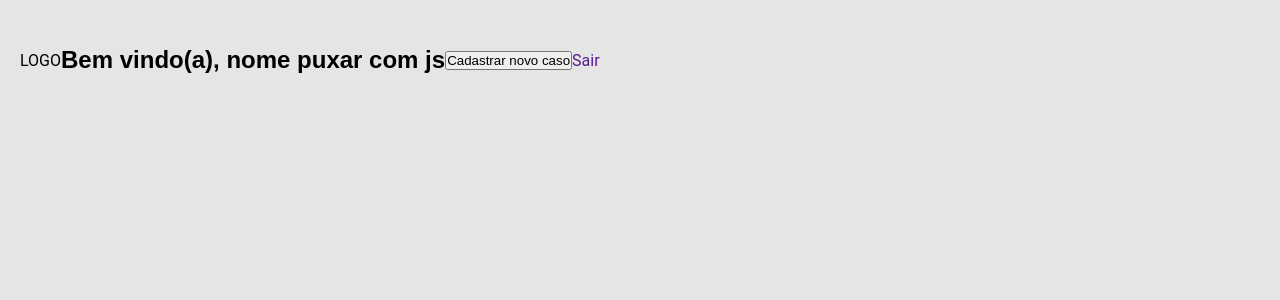
Repository: Dirlandia404/Casos
Page: src/pages/cadastroOng.html
The author's editor kept a copy of each file at every save. The page is drawn from the files as they stood at one save, then again after the next save.
The browser window is 1280 px wide. The pictures show the whole page.

Above is the page before, as saved 2021-07-14 10:38:47.

### src/pages/cadastroOng.html
<!DOCTYPE html>
<html lang="en">
<head>
    <meta charset="UTF-8">
    <meta http-equiv="X-UA-Compatible" content="IE=edge">
    <meta name="viewport" content="width=device-width, initial-scale=1.0">
    <title>Cadastre sua Ong</title>

    <link rel="stylesheet" href="/src/style/cadastroOng.css">



    <link rel="stylesheet" href="/src/style/midia.css">
</head>
<body>

    <header>
        <span>LOGO</span>
        <h2>Bem vindo(a), nome puxar com js</h2>

        <button href="">Cadastrar novo caso</button>

        <a href="">Sair</a>
    </header>

</body>
</html>

### src/style/cadastroOng.css
header{
    margin: 20px;
    height: 5rem;
    display: flex;
    align-items: center;
    justify-content: flex-start;

}

### src/style/midia.css
@media(max-width: 900px){
    #page-home{
        background-position-x: 70vw;
    }
    #page-home .content{
        align-items: center;
        text-align: center;

    }

    #page-home main{
        align-items: center;
    }

}
@media(min-width:1700px){
    #page-home, #page-login{
        background-position-x: 40vw;
    }

}
@media(max-height:760px){
    #page-home, #page-login{
        background-position-y: 200px;
    }
}

*{
    margin: 0;
    padding: 0;
    box-sizing: border-box;
}
html{
    font-family: 'Roboto', sans-serif;
}
body{
     background: #E5E5E5;
    -webkit-font-smoothing: antialiased;
}
a{
    text-decoration: none;

}
a:hover{
    text-decoration: underline;
}
h1, h2, h3,h4, h5, h6{
    font-family: sans-serif;
}

After the next save:
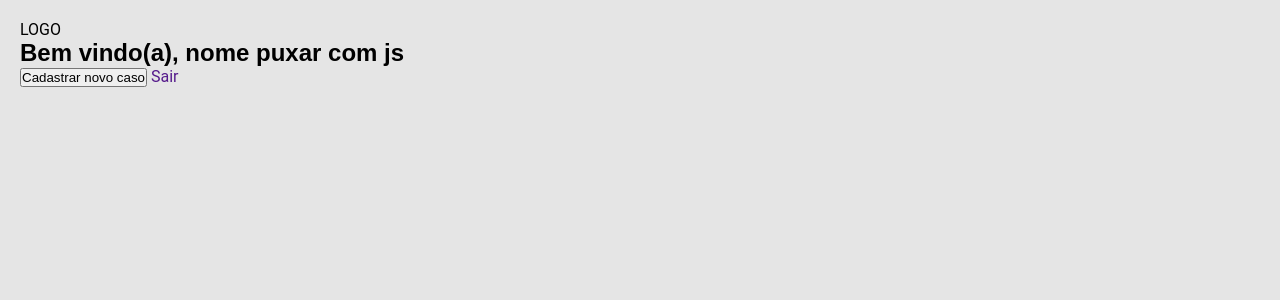
Saved 6 s later.
--- a/src/style/cadastroOng.css
+++ b/src/style/cadastroOng.css
@@ -1,8 +1,6 @@
 header{
     margin: 20px;
-    height: 5rem;
-    display: flex;
-    align-items: center;
+
     justify-content: flex-start;
 
 }

After the save that followed:
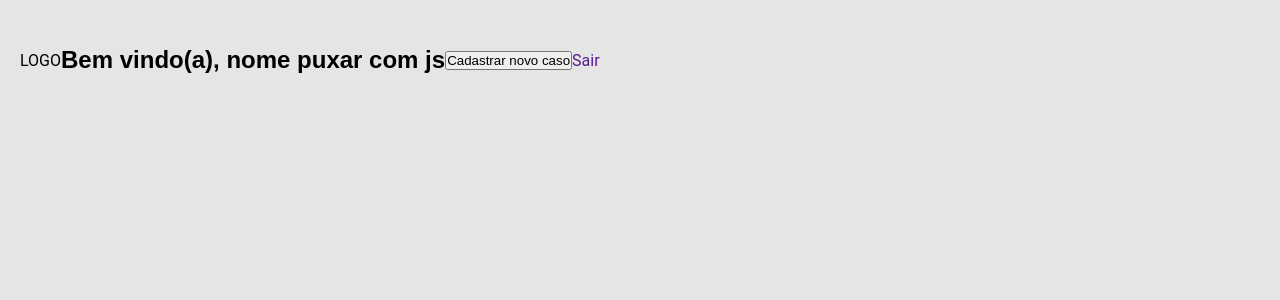
Saved 4 s later.
--- a/src/style/cadastroOng.css
+++ b/src/style/cadastroOng.css
@@ -1,6 +1,8 @@
 header{
     margin: 20px;
-
+    height: 5rem;
+    display: flex;
+    align-items: center;
     justify-content: flex-start;
 
 }
